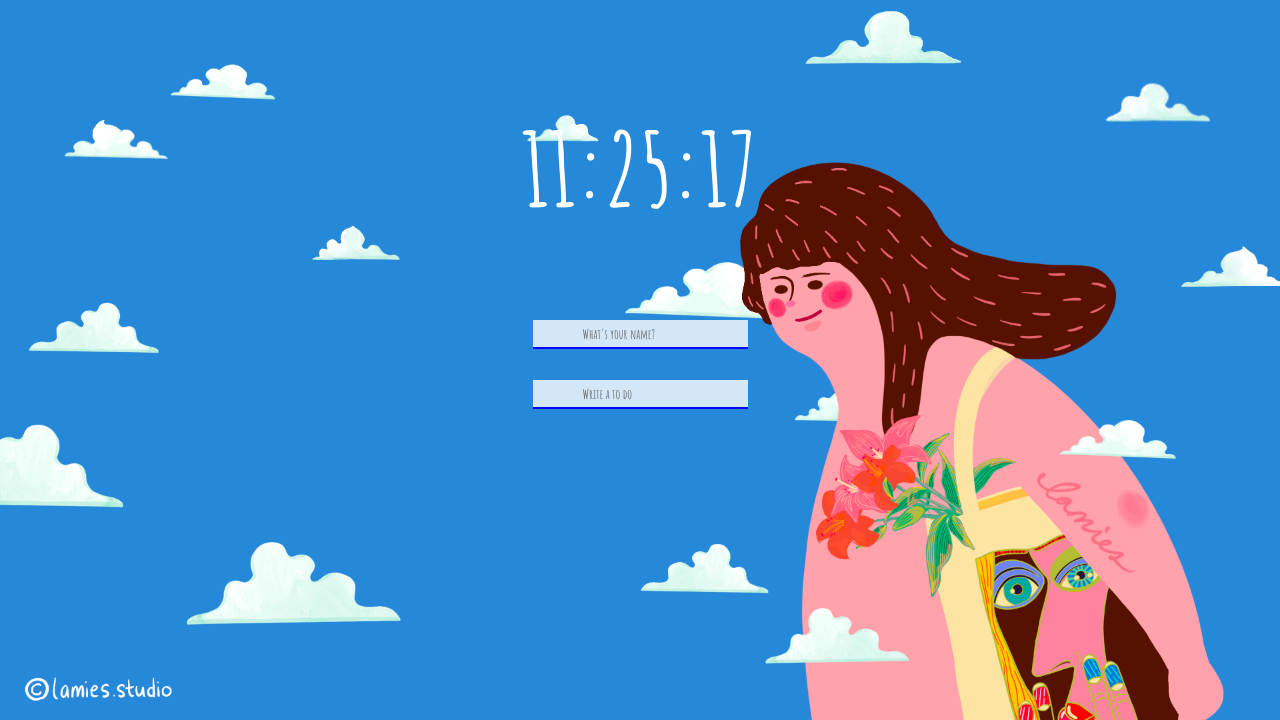
Repository: haleyjung/chrome_app
Page: index.html
An editor plug-in stored every save of this project. The page is shown before and after the next save, followed by the edit.
The browser window is 1280 px wide. The pictures show the whole page.

Above is the page before, as saved 2020-11-23 15:52:17.

After the next save:
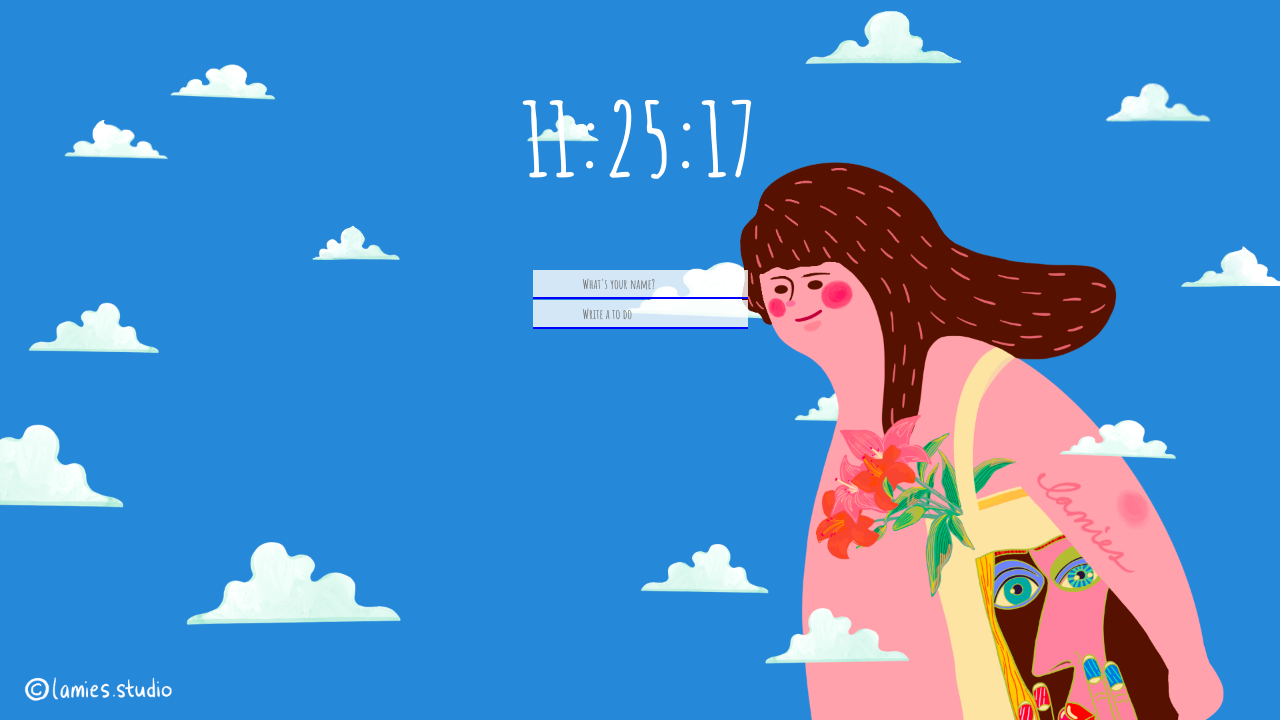
Saved 21 s later.
--- a/index.css
+++ b/index.css
@@ -15,8 +15,9 @@ body {
   font-size: 20px;
 }
 
-div {
-  padding: 10px;
+.js-weather {
+  display: flex;
+  justify-content: flex-start;
 }
 
 .js-clock {
